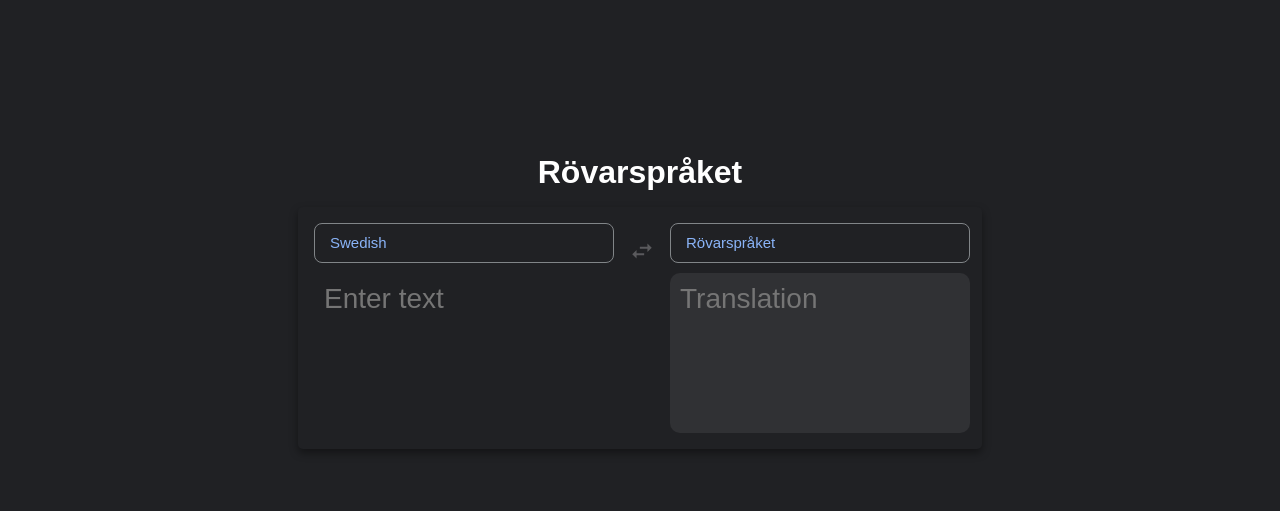
Repository: ShamroOoz/R-varspr-ket-Translator
Page: /
An editor plug-in stored every save of this project. The page is shown before and after the next save, followed by the edit.
The browser window is 1280 px wide. The pictures show the whole page.
The project was rebuilt for these pictures with package versions that can differ from the ones it lists, and the page was loaded fresh each time.

Above is the page before, as saved 2022-05-17 23:58:06.

After the next save:
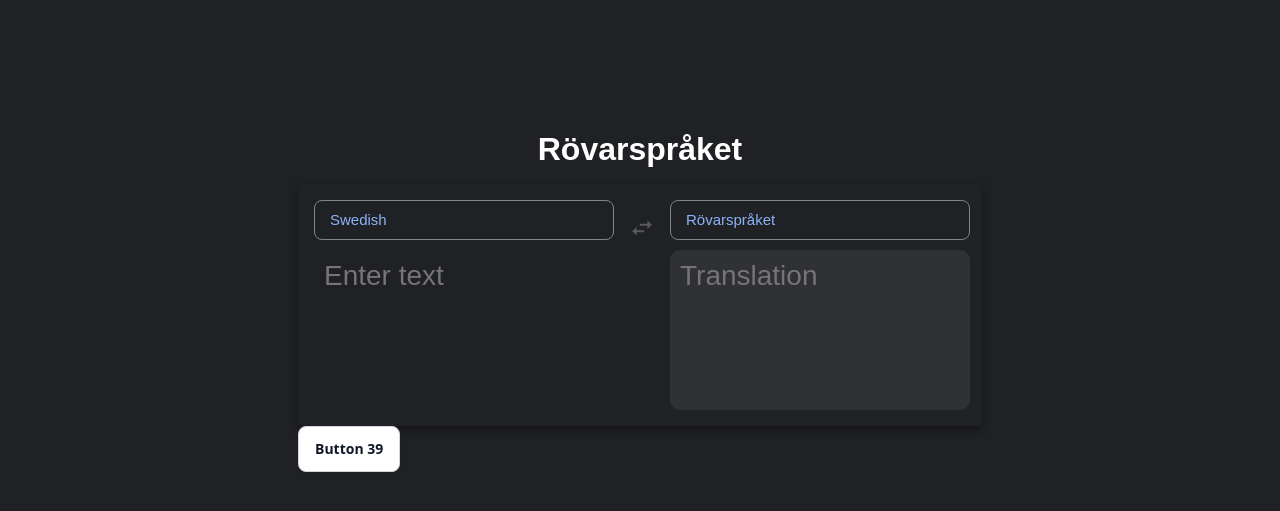
Saved 9 s later.
--- a/src/App.js
+++ b/src/App.js
@@ -74,6 +74,9 @@ function App() {
           translatedText={translatedText}
         />
       </div>
+      <button class="button-39" role="button">
+        Button 39
+      </button>
     </>
   );
 }
